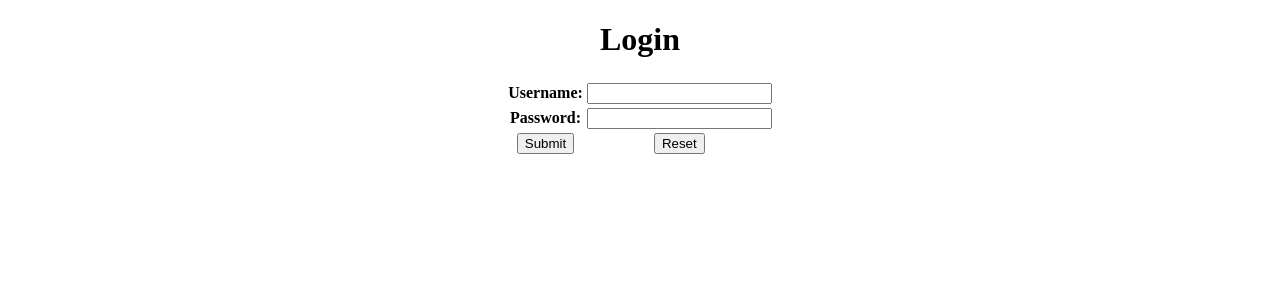
Repository: Sourabhmag/week-5
Page: http://localhost/LoginApp/register.jsp
These files come from the project's save history. The page is drawn as it stood at one moment and after the next save; the edit follows.
The browser window is 1280 px wide. The pictures show the whole page.
The page is served by Tomcat 9.

Above is the page before, as saved 2019-11-06 10:49:32.

After the next save:
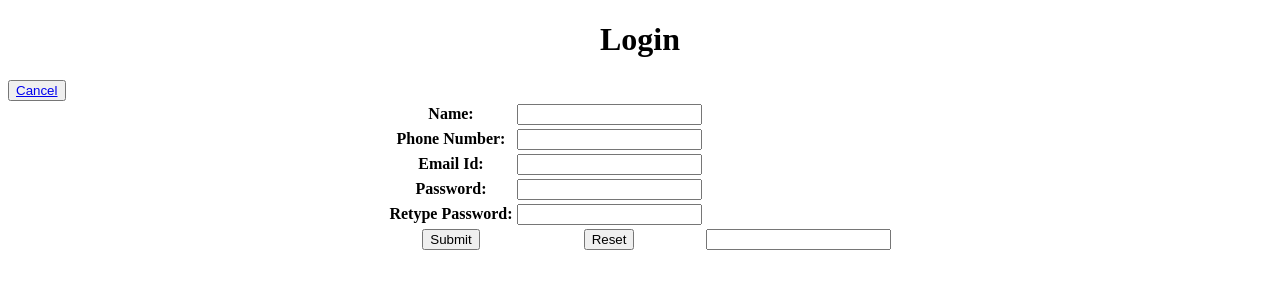
Saved 20 min 15 s later.
--- a/LoginApp/WebContent/register.jsp
+++ b/LoginApp/WebContent/register.jsp
@@ -13,10 +13,17 @@
 	<h1>Login</h1>
 	<form action="register.jsp" method="get">
 	<table align="center">
-		<tr><th >Username:</th> <th ><input type="text" name="firstname"></th></tr>
+		<tr><th >Name:</th> <th ><input type="text" name="firstname"></th></tr>
+		<tr><th >Phone Number:</th> <th ><input type="number" name="firstname"></th></tr>
+		<tr><th >Email Id:</th> <th ><input type="text" name="firstname"></th></tr>
 		<tr><th >Password:</th> <th ><input type="password" name="firstname"></th></tr>
-		<tr><th ><input type="submit" name="submit"></th>
-		<th ><input type=reset name="Clear"></th></tr>
+		<tr><th >Retype Password:</th> <th ><input type="password" name="firstname"></th></tr>
+		<tr>
+			<th ><input type="submit" name="submit"></th>
+			<th ><input type="reset" name="Clear"></th>
+			<button><a href="http://stackoverflow.com"> Cancel </a></button>
+			<th ><input type="" name="Clear"></th>
+		</tr>
 	</table>
 	</form>
 </body>
